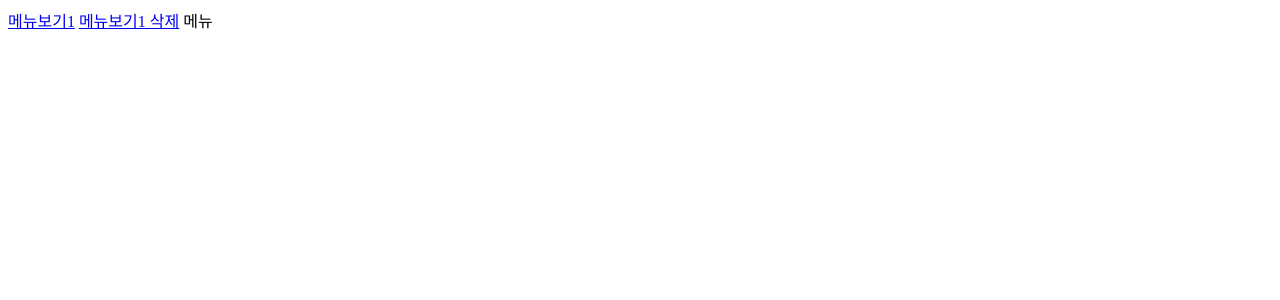
Repository: RYE415/4.jsp
Page: JQueryTest/src/main/webapp/5.ajax/01.load().html
An editor plug-in stored every save of this project. The page is shown before and after the next save, followed by the edit.
The browser window is 1280 px wide. The pictures show the whole page.

Above is the page before, as saved 2022-08-04 02:43:16.

### JQueryTest/src/main/webapp/5.ajax/01.load().html
<!DOCTYPE html>
<html>
<head>
<meta charset="UTF-8">
<script type="text/javascript" src="http://code.jquery.com/jquery-3.3.1.min.js">
</script>
<title></title>

<script>
  $(function(){
	  $('#menu1').click(function(){
		//형식) $('선택자').load('경로 포함해서 불러올 문서명')
		$('#message1').load('menu.html')
		return false;//a 링크기능 중지시키기 위해서
	  })

	  $('#menu1-1').click(function(){
		  $('#message1').empty();
		  return false;
	  })
	  //메뉴보기2=>파일을 불러올 때 특정한 태그만 불러오고 싶을 때 사용
	  $('#menu2').click(function(){
		//형식) $('선택자').load('경로 포함해서 불러올 문서명 특정한 태그명')
		$('#message2').load('menu.html p')
		return false;//a 링크기능 중지시키기 위해서
	  })

	  $('#menu2-1').click(function(){
		  $('#message2').empty();
		  return false;
	  })
  })
</script>
</head>
<body>
	<div>
		<a href="#" id="menu1">메뉴보기1</a>
		<a href="#" id="menu1-1">메뉴보기1 삭제</a>
		<span id="message2">메뉴</span>
	</div>

</body>
</html>

After the next save:
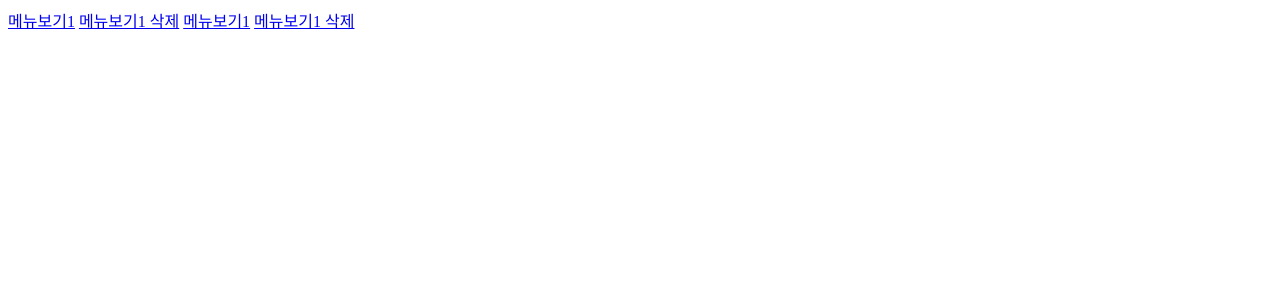
Saved 49 s later.
--- a/JQueryTest/src/main/webapp/5.ajax/01.load().html
+++ b/JQueryTest/src/main/webapp/5.ajax/01.load().html
@@ -36,7 +36,9 @@
 	<div>
 		<a href="#" id="menu1">메뉴보기1</a>
 		<a href="#" id="menu1-1">메뉴보기1 삭제</a>
-		<span id="message2">메뉴</span>
+		<a href="#" id="menu2">메뉴보기1</a>
+		<a href="#" id="menu2-1">메뉴보기1 삭제</a>
+		<span id="message2"></span>
 	</div>
 
 </body>
